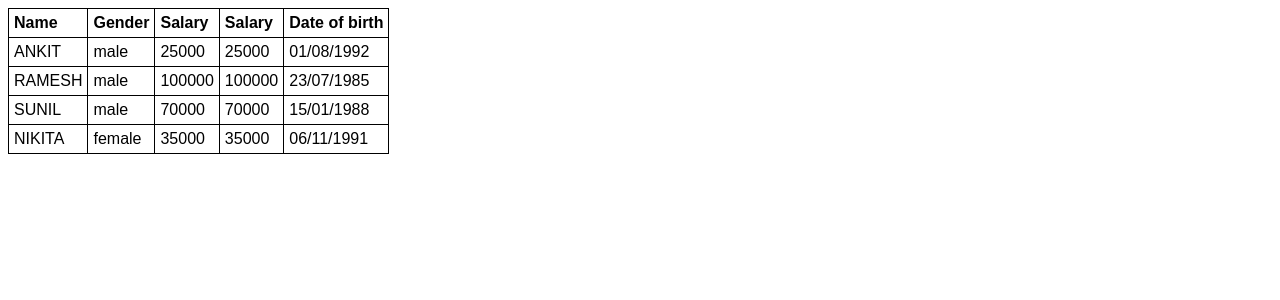
Repository: ammoreloaded/WebProjectFirst
Page: homework/WebProjectFirst/web/filterDemo.html
These files come from the project's save history. The page is drawn as it stood at one moment and after the next save; the edit follows.
The browser window is 1280 px wide. The pictures show the whole page.

Above is the page before, as saved 2016-05-19 15:07:52.

After the next save:
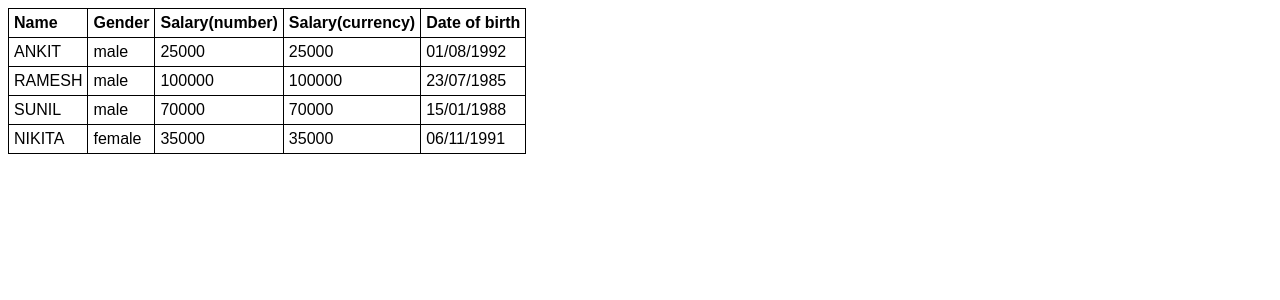
Saved 42 s later.
--- a/homework/WebProjectFirst/web/filterDemo.html
+++ b/homework/WebProjectFirst/web/filterDemo.html
@@ -12,8 +12,8 @@
 				<tr>
 					<th>Name</th>
 					<th>Gender</th>
-					<th>Salary</th>
-					<th>Salary</th>
+					<th>Salary(number)</th>
+					<th>Salary(currency)</th>
 					<th>Date of birth</th>
 				</tr>
 			</thead>
